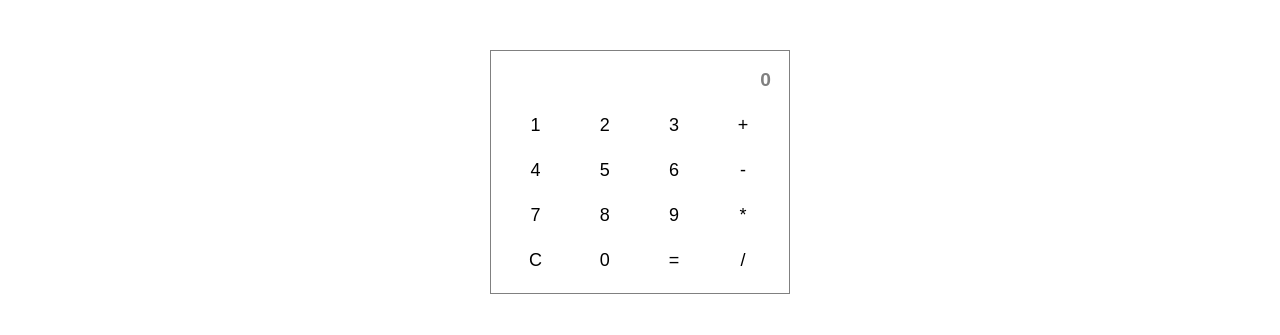
Repository: qudos4real/calculator
Page: /
The author's editor kept a copy of each file at every save. The page is drawn from the files as they stood at one save, then again after the next save.
The browser window is 1280 px wide. The pictures show the whole page.
The project was rebuilt for these pictures with package versions that can differ from the ones it lists, and the page was loaded fresh each time.

Above is the page before, as saved 2022-10-09 13:47:21.

### src/index.css
body {
  margin: 0;
  font-family: -apple-system, BlinkMacSystemFont, 'Segoe UI', 'Roboto', 'Oxygen',
    'Ubuntu', 'Cantarell', 'Fira Sans', 'Droid Sans', 'Helvetica Neue',
    sans-serif;
  -webkit-font-smoothing: antialiased;
  -moz-osx-font-smoothing: grayscale;
}

code {
  font-family: source-code-pro, Menlo, Monaco, Consolas, 'Courier New',
    monospace;
}
   border: 10px solid black;

### src/App.js
import Buttons from "./components/Calculator";




function App() {
  return (
    <>
         <Buttons />
    </>
  );
}

export default App;

### src/components/Calculator.js
import React from "react";
import "./Calculator.css";
import { useState } from "react";

const numbers = [
  [1, 2, 3, "+"],
  [4, 5, 6, "-"],
  [7, 8, 9, "*"],
  ["C", 0, "=", "/"],
];

function Buttons() {
  const [val, setVal] = useState(0);

  const clearVal = () => {
    try {
      setVal(val.slice(0, -1));
    } catch (error) {
      setVal("");
    }
  };

  const equalTo = () => {
    try {
      setVal(eval(val));
    } catch (error) {
      setVal("Error");
    }
  };

  return (
    <div className="buttonWrapper">
      <input type="text" className="screen" value={val} onChange={(e) => setVal(e.target.value)} /> <br />
      {numbers.flat().map((num) => (
        <button
          className="num"
          key={num}
          value={num}
          onClick={
            num === "C"
              ? (e) => clearVal()
              : num === "="
              ? () => equalTo()
              : (e) => setVal(val + e.target.value)
          }
        >
          {num}
        </button>
      ))}
    </div>
  );
}

export default Buttons;

### src/components/Calculator.css
* {
    box-sizing: border-box;
}
.buttonWrapper {
    width: 300px;
    padding: 10px;
    margin: 50px auto;
    background-color: white;
    border: grey 1px solid;
}
.num {
    width: 22%;
    font-size: large;
    padding: 0.5rem;
    margin: 0.25rem;
    border: none;
    box-shadow: inset grey 1px;
    border-radius: 0.5rem;
    background-color: white;
}

.num:hover {
    background-color: grey;
    color: white;
    cursor: pointer;
}
.screen {
    width: 100%;
    margin-bottom: 0.25rem;
    text-align: end;
    border: none;
    border-radius: 0.3rem;

    color: gray;
    padding: 0.5rem;
    font-size: larger;
    font-weight: 600;
}

Loaded but not shown: public/index.html (common file); src/index.js (common file)

After the next save:
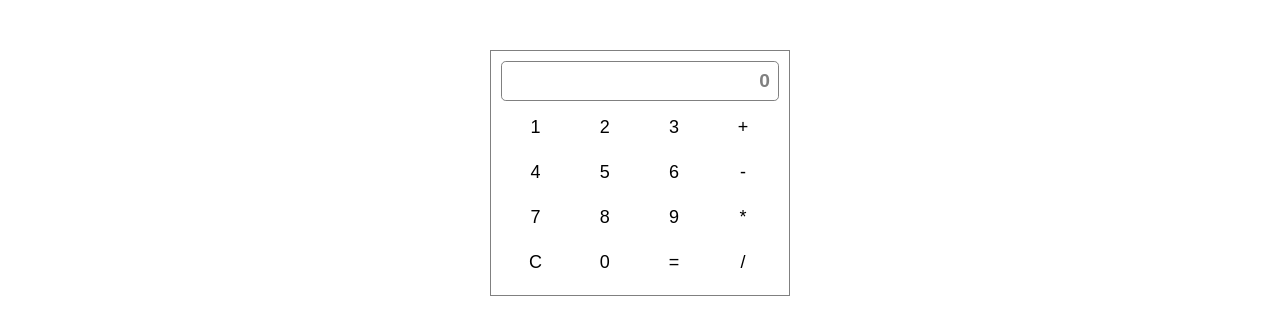
Saved 15 s later.
--- a/src/components/Calculator.css
+++ b/src/components/Calculator.css
@@ -30,6 +30,7 @@
     text-align: end;
     border: none;
     border-radius: 0.3rem;
+    border: grey 1px solid;
 
     color: gray;
     padding: 0.5rem;
